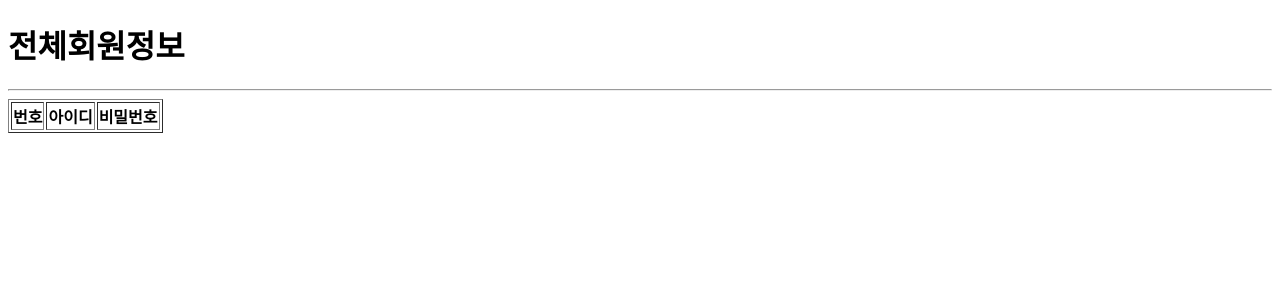
Repository: bbookk1104/spring-workspace
Page: http://localhost/02_SpringMVC_CRUD/searchAllMember.do
These files come from the project's save history. The page is drawn as it stood at one moment and after the next save; the edit follows.
The browser window is 1280 px wide. The pictures show the whole page.
The page is served by Tomcat 9. Other server files are loaded and not shown. Queries for data that is not in the repository find no rows.

Above is the page before, as saved 2022-09-30 05:56:25.

### 02_SpringMVC_CRUD/src/main/webapp/WEB-INF/views/member/allMember.jsp
<%@ page language="java" contentType="text/html; charset=UTF-8"
    pageEncoding="UTF-8"%>
<!DOCTYPE html>
<html>
<head>
<meta charset="UTF-8">
<title>Insert title here</title>
</head>
<body>
	<h1>전체회원정보</h1>
	<hr>
	<table border="1">
		<tr>
			<th>번호</th>
			<th>아이디</th>
			<th>비밀번호</th>
		</tr>
	</table>
</body>
</html>

### 02_SpringMVC_CRUD/src/main/java/kr/or/member/model/vo/MemberRowMapper.java
package kr.or.member.model.vo;

import java.sql.ResultSet;
import java.sql.SQLException;

import org.springframework.jdbc.core.RowMapper;

public class MemberRowMapper implements RowMapper{
	@Override
	public Object mapRow(ResultSet rset, int rowNum) throws SQLException{
		Member m = new Member();
		m.setMemberNo(rset.getInt("member_no"));
		m.setMemberId(rset.getString("member_id"));
		m.setMemberPw(rset.getString("member_pw"));
		m.setMemberName(rset.getString("member_name"));
		m.setPhone(rset.getString("phone"));
		m.setEmail(rset.getString("email"));
		return m;
	}
}

After the next save:
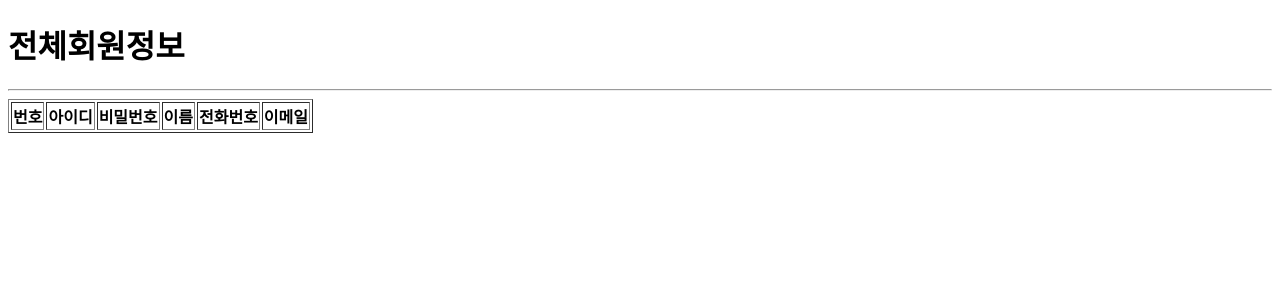
Saved 13 s later.
--- a/02_SpringMVC_CRUD/src/main/webapp/WEB-INF/views/member/allMember.jsp
+++ b/02_SpringMVC_CRUD/src/main/webapp/WEB-INF/views/member/allMember.jsp
@@ -14,6 +14,9 @@
 			<th>번호</th>
 			<th>아이디</th>
 			<th>비밀번호</th>
+			<th>이름</th>
+			<th>전화번호</th>
+			<th>이메일</th>
 		</tr>
 	</table>
 </body>
